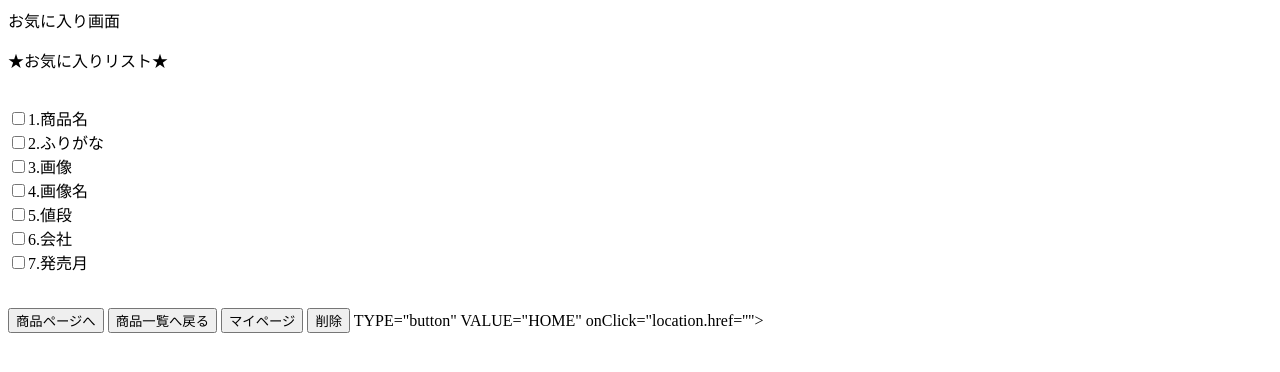
Repository: nathox/backup
Page: http://localhost/Favorite/z.jsp
An editor plug-in stored every save of this project. The page is shown before and after the next save, followed by the edit.
The browser window is 1280 px wide. The pictures show the whole page.
The page is served by Tomcat 9.

Above is the page before, as saved 2018-02-08 01:56:03.
Console error (its wording comes from the project's code and is left out).

After the next save:
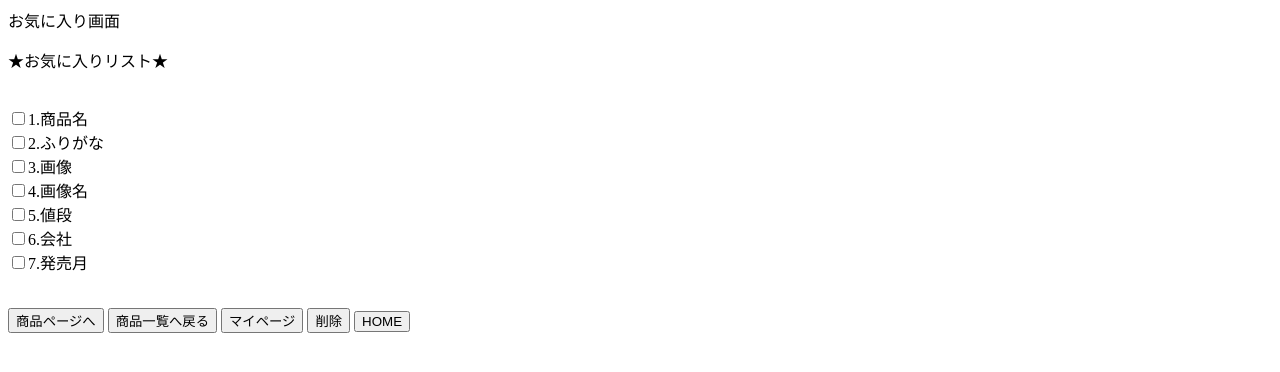
Saved 13 s later.
--- a/Favorite/WebContent/z.jsp
+++ b/Favorite/WebContent/z.jsp
@@ -241,6 +241,7 @@
 				TYPE="button" VALUE="マイページ"
 				onClick="location.href='https://www.yahoo.co.jp/'"> <INPUT
 				TYPE="button" VALUE="削除" onClick="location.href=''">
+				 <INPUT
 				TYPE="button" VALUE="HOME" onClick="location.href=''">
 
 
